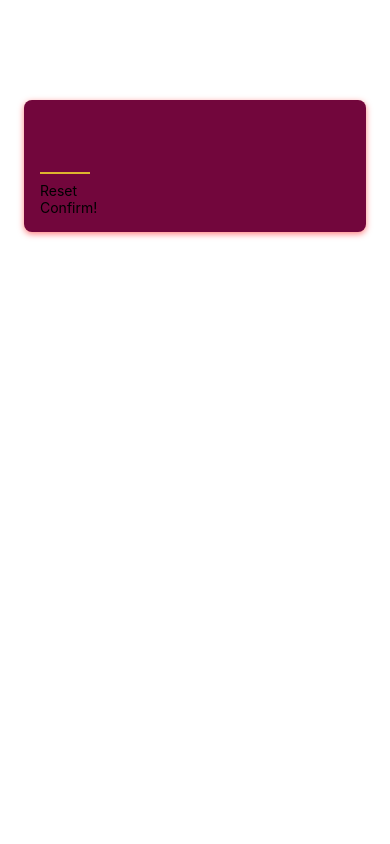
Repository: SyLe-Van/Number-Guessing-Game
Screen: /
These files come from the project's save history. The screen is drawn as it stood at one moment and after the next save; the edit follows.
The app was drawn by React Native's web renderer in a window 390 px wide. The project was rebuilt for these pictures with package versions that can differ from the ones it lists, and the page was loaded fresh each time.

Above is the screen before, as saved 2024-02-02 00:14:48.

### App.js
import { StyleSheet } from "react-native";

import StartGameScreen from "./screens/StartGameScreen";
export default function App() {
  return <StartGameScreen />;
}

const styles = StyleSheet.create({});

### screens/StartGameScreen.js
import { TextInput, View, StyleSheet } from "react-native";
import PrimaryButton from "../components/PrimaryButton";
function StartGameScreen() {
  return (
    <View style={styles.inputContainer}>
      <TextInput
        style={styles.numberInput}
        maxLength={2}
        keyboardType={"number-pad"}
        autoCapitalize="none"
        autoCorrect={false}
      />
      <PrimaryButton>Reset</PrimaryButton>
      <PrimaryButton>Confirm!</PrimaryButton>
    </View>
  );
}
const styles = StyleSheet.create({
  inputContainer: {
    padding: 16,
    marginTop: 100,
    marginHorizontal: 24,
    backgroundColor: "#72063c",
    borderRadius: 8,
    shadowColor: "red",
    shadowOffset: { width: 0, height: 2 },
    shadowRadius: 6,
    shadowOpacity: 0.5,
  },
  numberInput: {
    height: 50,
    width: 50,
    fontSize: 30,
    borderBottomColor: "#ddb52f",
    borderBottomWidth: 2,
    color: "#ddb52f",
    marginVertical: 8,
    fontWeight: "bold",
    textAlign: "center",
  },
});
export default StartGameScreen;

### components/PrimaryButton.js
import { View, Text, Pressable, StyleSheet } from "react-native";
function PrimaryButton({ children }) {
  function pressHandler() {
    console.log("Pressed");
  }
  return (
    <Pressable onPress={pressHandler}>
      <View>
        <Text>{children}</Text>
      </View>
    </Pressable>
  );
}
const styles = StyleSheet.create({
  container: {
    backgroundColor: "#72063c",
  },
});
export default PrimaryButton;

After the next save:
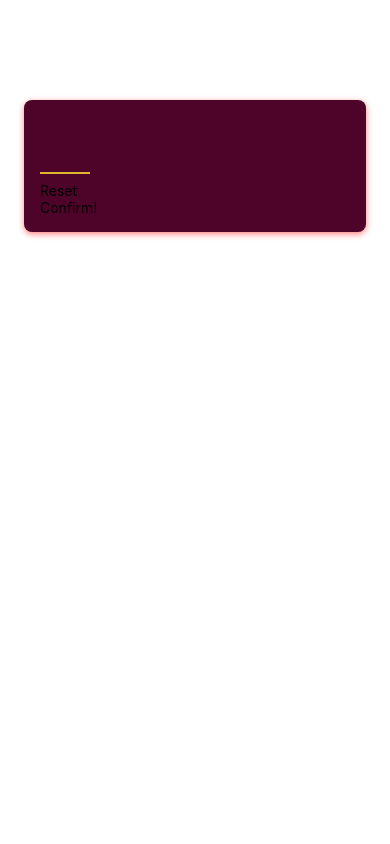
Saved 55 s later.
--- a/screens/StartGameScreen.js
+++ b/screens/StartGameScreen.js
@@ -20,7 +20,7 @@ const styles = StyleSheet.create({
     padding: 16,
     marginTop: 100,
     marginHorizontal: 24,
-    backgroundColor: "#72063c",
+    backgroundColor: "#4e0329",
     borderRadius: 8,
     shadowColor: "red",
     shadowOffset: { width: 0, height: 2 },
